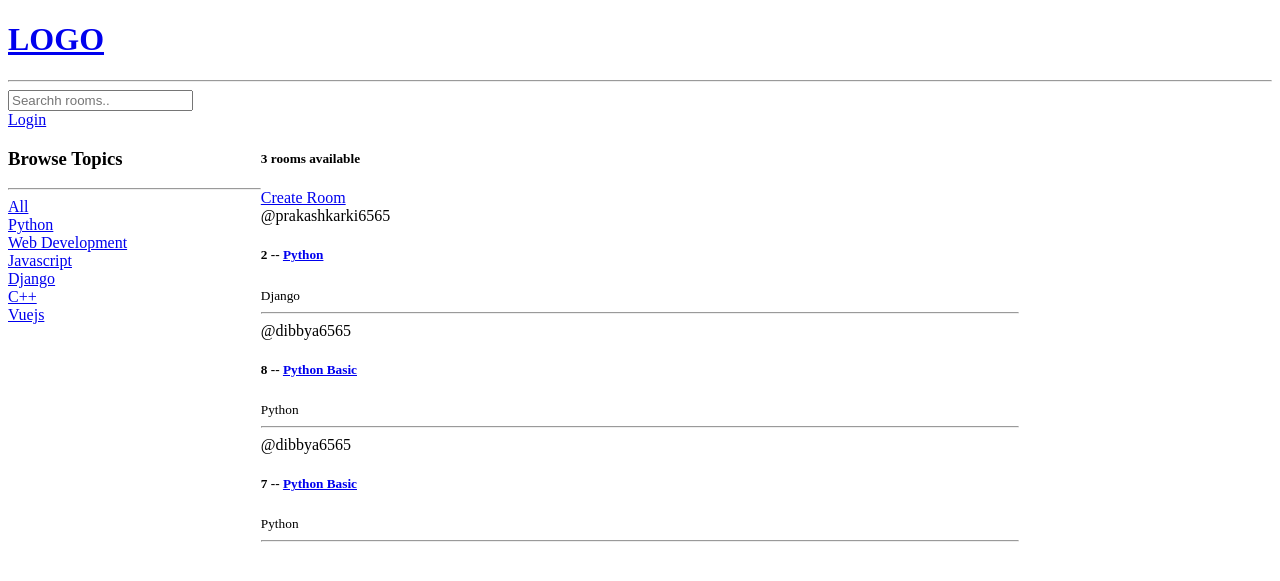
Repository: Dibbya65/Django-Basic
Page: http://localhost/?q=Python
These files come from the project's save history. The page is drawn as it stood at one moment and after a run of saves; the edit follows.
The browser window is 1280 px wide. The pictures show the whole page.
The page is served by the project's application, run on Django 3.2 (manage.py). Other server files are loaded and not shown. The page reads the database file committed with the project.

Above is the page before, as saved 2021-11-18 22:23:59.

### base/templates/base/home.html
{% extends "layouts/master.html" %} {% block title %} Home {% endblock title %}
{% block content %}
<style>
  .home-container {
    display: grid;
    grid-template-columns: 1fr 3fr 1fr;
  }

</style>
<div class="home-container">
  <div>
    <h3>Browse Topics</h3>
    <hr />
    <div>
      <a href="{% url 'home' %}">All </a>
    </div>
    {%for topic in topics%}
    <div>
      <a href="{% url 'home' %}?q={{topic.name}}">{{topic.name}}</a>
    </div>
    {%endfor%}
  </div>
  <div>
    <h5>{{room_count}} rooms available</h5>
    <a href="{% url 'create-room' %}">Create Room</a>
    {% for room in rooms %}
    <div>
      {% if request.user == room.host %}

      <a href="{% url 'update-room' room.id %}">Edit </a>

      <a href="{% url 'delete-room' room.id %}">Delete </a>
      {%endif%}
      <span>@{{room.host.username}}</span>
      <h5>
        {{room.id}} --
        <a href="{% url 'room-detail' room.id %}">{{room.name}}</a>
      </h5>
      <small>{{room.topic.name}}</small>
      <hr />
    </div>
    {% endfor %}
  </div>
  <div>

  </div>
</div>
{% endblock content %}

### templates/layouts/master.html
<!DOCTYPE html>
<html lang="en">

  <head>
    <meta charset="UTF-8" />
    <meta http-equiv="X-UA-Compatible" content="IE=edge" />
    <meta name="viewport" content="width=device-width, initial-scale=1.0" />
    <title>MySite | {% block title %} {% endblock %}</title>
  </head>

  <body>
    <a href="/">
      <h1>LOGO</h1>
    </a>
    <hr>
    <form action="{% url 'home' %}" method="GET">
      <input type="text" name="q" placeholder="Searchh rooms.." />
    </form>
    {% if request.user.is_authenticated %}
    <p>Hello {{ request.user.username }}</p>
    <a href="{% url 'logout' %}">Logout</a>
    {%else%}
    <a href="{% url 'login' %}">Login</a>
    {% endif %}
    {% if messages %}
    <ul class="messages">
      {% for message in messages %}
      <li>{{ message }}</li>
      {% endfor %}
    </ul>
    {% endif %}
    {% block content %}{% endblock %}
  </body>

</html>

### base/models.py
from django.db import models
from django.contrib.auth.models import User

# Create your models here.


# topic model
class Topic(models.Model):
    name = models.CharField(max_length=200)

    def __str__(self):
        return self.name


# room model


class Room(models.Model):
    host = models.ForeignKey(User, on_delete=models.SET_NULL, null=True)
    topic = models.ForeignKey(Topic, on_delete=models.SET_NULL, null=True)
    name = models.CharField(max_length=200)
    description = models.TextField(null=True, blank=True)
    participants = models.ManyToManyField(User, related_name="participants", blank=True)
    Active = "Active"
    Deactive = "Deactive"
    STATUS_CHOICE = ((Active, Active), (Deactive, Deactive))
    status = models.CharField(max_length=50, choices=STATUS_CHOICE, default=Deactive)
    created_at = models.DateTimeField(auto_now_add=True)
    updated_at = models.DateTimeField(auto_now=True)

    class Meta:
        ordering = ["-updated_at", "-created_at"]

    # string representation
    def __str__(self):
        return self.name


# message model


class Message(models.Model):
    user = models.ForeignKey(User, on_delete=models.CASCADE)
    room = models.ForeignKey(Room, on_delete=models.CASCADE)
    body = models.TextField()
    created_at = models.DateTimeField(auto_now_add=True)
    updated_at = models.DateTimeField(auto_now=True)

    class Meta:
        ordering = ["-updated_at", "-created_at"]

    def __str__(self):
        return self.body[0:50]

### base/views.py
from django.shortcuts import render, redirect
from django.http import HttpResponse
from django.db.models import Q
from django.contrib.auth.models import User
from django.contrib.auth import authenticate, login, logout
from django.contrib.auth.forms import UserCreationForm
from django.contrib import messages
from django.contrib.auth.decorators import login_required
from .models import Room, Topic, Message
from .forms import RoomForm

# Create your views here.


def login_page(request):
    page = "login"

    if request.user.is_authenticated:
        return redirect("home")

    if request.method == "POST":
        username = request.POST.get("username").lower()
        password = request.POST.get("password")

        try:
            user = User.objects.get(username=username)
        except:
            messages.error(request, "User does not exist")

        user = authenticate(request, username=username, password=password)

        if user is not None:
            login(request, user)
            return redirect("home")
        else:
            messages.error(request, "Invalid credentials")

    context = {"page": page}
    return render(request, "base/login.html", context)


def logout_user(request):
    logout(request)
    return redirect("home")


def register_page(request):
    form = UserCreationForm()

    if request.method == "POST":
        form = UserCreationForm(request.POST)
        if form.is_valid():
            user = form.save(commit=False)
            user.username = user.username.lower()
            user.save()

            login(request, user)

            return redirect("home")
        else:
            messages.error(request, "User registration failed")

    context = {"form": form}

    return render(request, "base/login.html", context)


def home(request):
    q = request.GET.get("q") if request.GET.get("q") != None else ""
    rooms = Room.objects.filter(
        Q(topic__name__icontains=q) | Q(name__icontains=q) | Q(description__icontains=q)
    )
    topics = Topic.objects.all()
    room_count = rooms.count()
    room_messges = Message.objects.filter(Q(room__topic__name__icontains=q))

    context = {
        "rooms": rooms,
        "topics": topics,
        "room_count": room_count,
        "room_messages": room_messges,
    }
    return render(request, "base/home.html", context)


def room(request):
    rooms = Room.objects.all()
    context = {"rooms": rooms}
    return render(request, "base/room.html", context)


def roomdetail(request, pk):
    room = Room.objects.get(id=pk)
    room_messages = room.message_set.all()
    participants = room.participants.all()

    if request.method == "POST":
        message = Message.objects.create(
            user=request.user, room=room, body=request.POST.get("body")
        )
        room.participants.add(request.user)
        return redirect("room-detail", pk=room.id)

    context = {
        "room": room,
        "room_messages": room_messages,
        "participants": participants,
    }
    return render(request, "base/single-room.html", context)


@login_required(login_url="login")
def create_room(request):
    form = RoomForm()
    if request.method == "POST":
        form = RoomForm(request.POST)
        if form.is_valid():
            form.save()
            return redirect("home")

    context = {"form": form}
    return render(request, "base/room_form.html", context)


@login_required(login_url="login")
def update_room(request, pk):
    room = Room.objects.get(id=pk)
    form = RoomForm(instance=room)

    if request.user != room.host:
        return HttpResponse("Unauthenticated!")

    if request.method == "POST":
        form = RoomForm(request.POST, instance=room)
        if form.is_valid():
            form.save()
            return redirect("home")

    context = {"form": form}
    return render(request, "base/room_form.html", context)


@login_required(login_url="login")
def delete_room(request, pk):
    room = Room.objects.get(id=pk)
    if request.user != room.host:
        return HttpResponse("Unauthenticated!")

    if request.method == "POST":
        room.delete()
        return redirect("home")
    return render(request, "base/delete.html", {"obj": room})


@login_required(login_url="login")
def delete_message(request, pk):
    msg = Message.objects.get(id=pk)
    if request.user != msg.user:
        return HttpResponse("Unauthenticated!")

    if request.method == "POST":
        msg.delete()
        return redirect("home")
    return render(request, "base/delete.html", {"obj": msg})

### studybud/urls.py
"""studybud URL Configuration

The `urlpatterns` list routes URLs to views. For more information please see:
    https://docs.djangoproject.com/en/3.2/topics/http/urls/
Examples:
Function views
    1. Add an import:  from my_app import views
    2. Add a URL to urlpatterns:  path('', views.home, name='home')
Class-based views
    1. Add an import:  from other_app.views import Home
    2. Add a URL to urlpatterns:  path('', Home.as_view(), name='home')
Including another URLconf
    1. Import the include() function: from django.urls import include, path
    2. Add a URL to urlpatterns:  path('blog/', include('blog.urls'))
"""
from django.contrib import admin
from django.urls import path, include


urlpatterns = [
    path('admin/', admin.site.urls),
    path('', include('base.urls'))
]

### base/urls.py
from django.urls import path
from . import views

urlpatterns = [
    path("login/", views.login_page, name="login"),
    path("register/", views.register_page, name="register"),
    path("logout/", views.logout_user, name="logout"),
    path("", views.home, name="home"),
    path("room/", views.room, name="room"),
    path("room/<str:pk>", views.roomdetail, name="room-detail"),
    path("create/room/", views.create_room, name="create-room"),
    path("update/room/<str:pk>/", views.update_room, name="update-room"),
    path("delete/room/<str:pk>/", views.delete_room, name="delete-room"),
    path("delete/message/<str:pk>/", views.delete_message, name="delete-message"),
]

### db.sqlite3 (the tables this page reads, as SQL)
CREATE TABLE "auth_user" ("id" integer NOT NULL PRIMARY KEY AUTOINCREMENT, "password" varchar(128) NOT NULL, "last_login" datetime NULL, "is_superuser" bool NOT NULL, "username" varchar(150) NOT NULL UNIQUE, "last_name" varchar(150) NOT NULL, "email" varchar(254) NOT NULL, "is_staff" bool NOT NULL, "is_active" bool NOT NULL, "date_joined" datetime NOT NULL, "first_name" varchar(150) NOT NULL);
INSERT INTO "auth_user" VALUES
(1, 'pbkdf2_sha256$260000$xQxpFxKQ9izBbopr3Dv7HS$ZdGFJYFjajdfBM/ZdnlG6gD0dgX/TKmGyoCCve4Q564=', '2021-11-20 11:25:23.454227', 1, 'dibbya6565', '', 'dibyakarki65@gmail.com', 1, 1, '2021-11-13 15:49:17.112151', ''),
(2, 'pbkdf2_sha256$260000$OcP3oMRwcVFmIc3QPSnltC$GpcmQjPkv0wxmOYWlv/oBQ69CVZRvql5qDH1FvXjTJM=', NULL, 0, 'prakashkarki6565', '', '', 0, 1, '2021-11-14 06:46:21.258105', ''),
(3, 'pbkdf2_sha256$260000$bYZBArIVxYmuNuu5Azzl9d$kAIAJAnHPVaaRNyIMyoHKCgxSXknbwf/ubpWAJYvAxQ=', '2021-11-15 11:51:20.490980', 0, 'prakashkarki6565@gmail.com', '', '', 0, 1, '2021-11-15 11:51:19.976423', ''),
(4, 'pbkdf2_sha256$260000$XQVrpvlajut1jjOP6a31hy$SR7rs3yBHY/pGjCoDxqTx/rkvUNTPMNaSyNaJWyzDpk=', '2021-11-20 08:32:44.875888', 0, 'praksh65', '', '', 0, 1, '2021-11-20 08:32:44.429889', '');

CREATE TABLE "base_room" ("id" integer NOT NULL PRIMARY KEY AUTOINCREMENT, "name" varchar(200) NOT NULL, "description" text NULL, "status" varchar(50) NOT NULL, "created_at" datetime NOT NULL, "updated_at" datetime NOT NULL, "host_id" integer NULL REFERENCES "auth_user" ("id") DEFERRABLE INITIALLY DEFERRED, "topic_id" bigint NULL REFERENCES "base_topic" ("id") DEFERRABLE INITIALLY DEFERRED);
INSERT INTO "base_room" VALUES
(2, 'Python', '', 'Deactive', '2021-11-14 05:23:25.762339', '2021-11-18 15:37:04.256833', 2, 4),
(4, 'MERN', 'LLLLLLLLLLLLLLLLLLLLLLLLLLLLLLLLLLLLLLLorem', 'Deactive', '2021-11-14 05:23:38.846450', '2021-11-17 11:30:16.453294', 1, 3),
(7, 'Python Basic', '', 'Deactive', '2021-11-14 12:32:58.730800', '2021-11-14 12:32:58.730800', 1, 1),
(8, 'Python Basic', '', 'Deactive', '2021-11-15 09:51:28.888430', '2021-11-15 09:51:28.888430', 1, 1),
(9, 'Django Room', 'Reference site about Lorem Ipsum, giving information on its origins, as well as a random Lipsum generator.', 'Deactive', '2021-11-15 09:53:06.866918', '2021-11-17 11:29:38.106094', 2, 4),
(10, 'Study Reactjs', 'Hello from learning react js', 'Active', '2021-11-18 13:20:54.521854', '2021-11-18 13:20:54.522855', 1, 3),
(11, 'Are you interest in Learning Web Development?', 'Lorem ipsum, or lipsum as it is sometimes known, is dummy text used in laying out print, graphic or web designs. The passage is attributed to an unknown ...', 'Active', '2021-11-19 12:49:53.172046', '2021-11-19 12:49:53.172046', 1, 2),
(12, 'Let''s Learn C++ Gaming', 'Lorem ipsum is a pseudo-Latin text used in web design, typography, layout, and printing in place of English to emphasise design elements over content. It''s also ...', 'Deactive', '2021-11-19 15:34:35.009148', '2021-11-19 15:41:00.554091', 1, 5),
(13, 'Vuejs Frontent', 'Reference site about Lorem Ipsum, giving information on its origins, ...Reference site about Lorem Ipsum, giving information on its origins, ...', 'Deactive', '2021-11-20 10:40:24.435527', '2021-11-20 10:40:24.435527', 4, 6);

CREATE TABLE "base_topic" ("id" integer NOT NULL PRIMARY KEY AUTOINCREMENT, "name" varchar(200) NOT NULL);
INSERT INTO "base_topic" VALUES
(1, 'Python'),
(2, 'Web Development'),
(3, 'Javascript'),
(4, 'Django'),
(5, 'C++'),
(6, 'Vuejs ');

### base/templates/base/activity_component.html
<h3>Recent Activity</h3>
<hr>
{% for message in room_messages %}
<div>
    <small>@{{message.user}} {{message.created_at|timesince}}</small>
    <small>replied to "{{message.room}}"</small>
    <p>{{message}}</p>
    {% if request.user == message.user %}
    <a href="{% url 'delete-message' message.id %}">Delete</a>
    {% endif %}
    <hr>
</div>
{% endfor %}

After the next 2 saves:
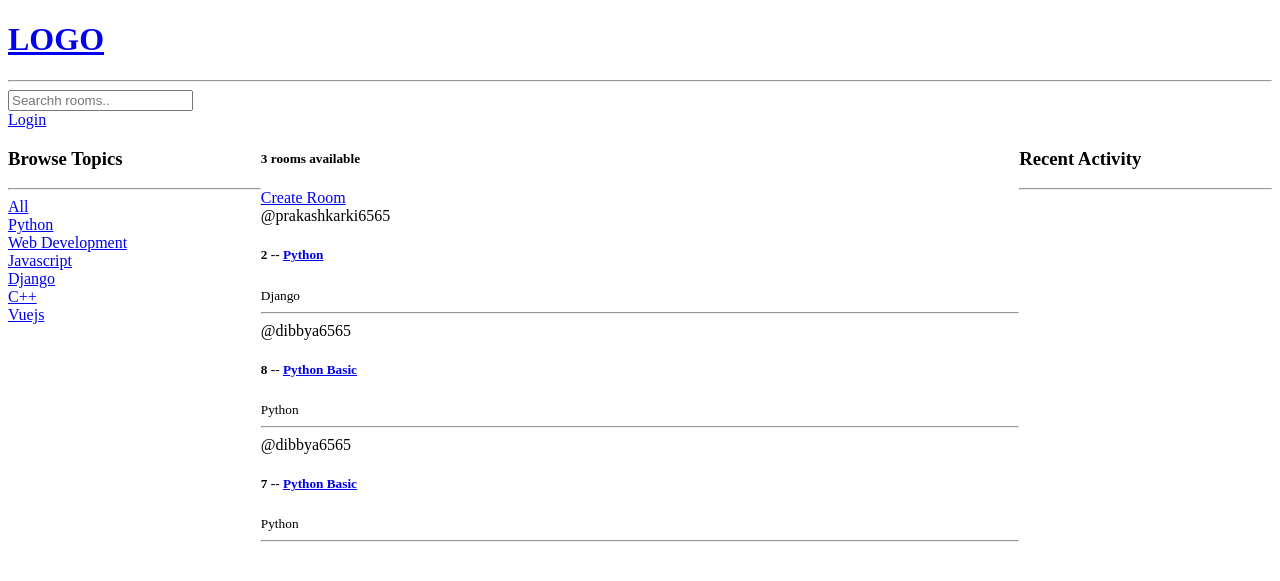
The 2 saves are shown as one change because 1 did not build or start.
The last was saved 2 min 23 s later.
--- a/base/templates/base/home.html
+++ b/base/templates/base/home.html
@@ -42,7 +42,7 @@
     {% endfor %}
   </div>
   <div>
-
+    {% include 'base/activity_component.html' %}
   </div>
 </div>
 {% endblock content %}
